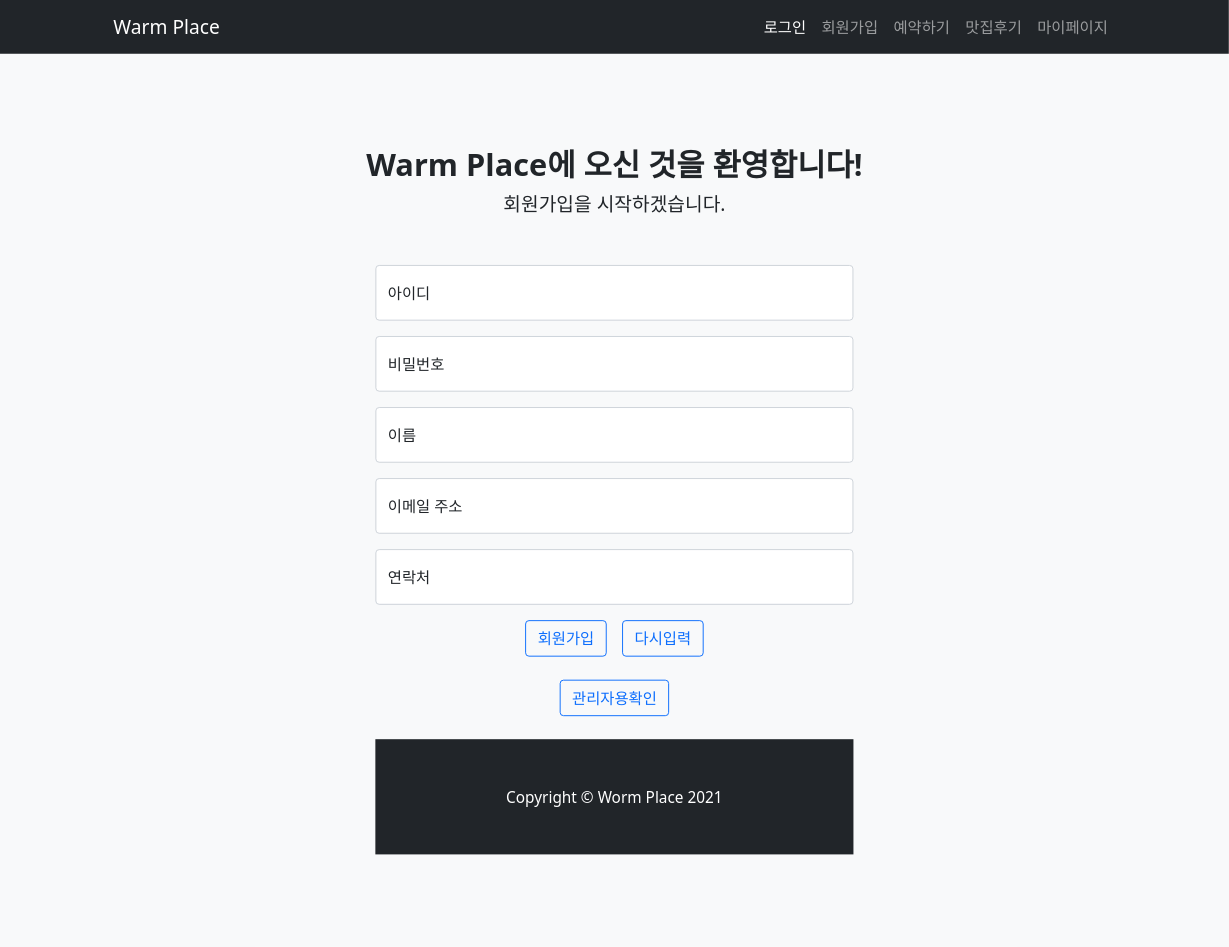
Repository: jaunnnngs/HackaTone
Page: http://localhost/StunProjects/St_Join/st_userJoin.jsp
These files come from the project's save history. The page is drawn as it stood at one moment and after a run of saves; the edit follows.
The browser window is 1280 px wide. The pictures show the whole page, at 96% of full size.
Some web libraries are served in a nearby version. The page is served by Tomcat 9.

Above is the page before, as saved 2021-08-12 01:55:42.

After the next 2 saves:
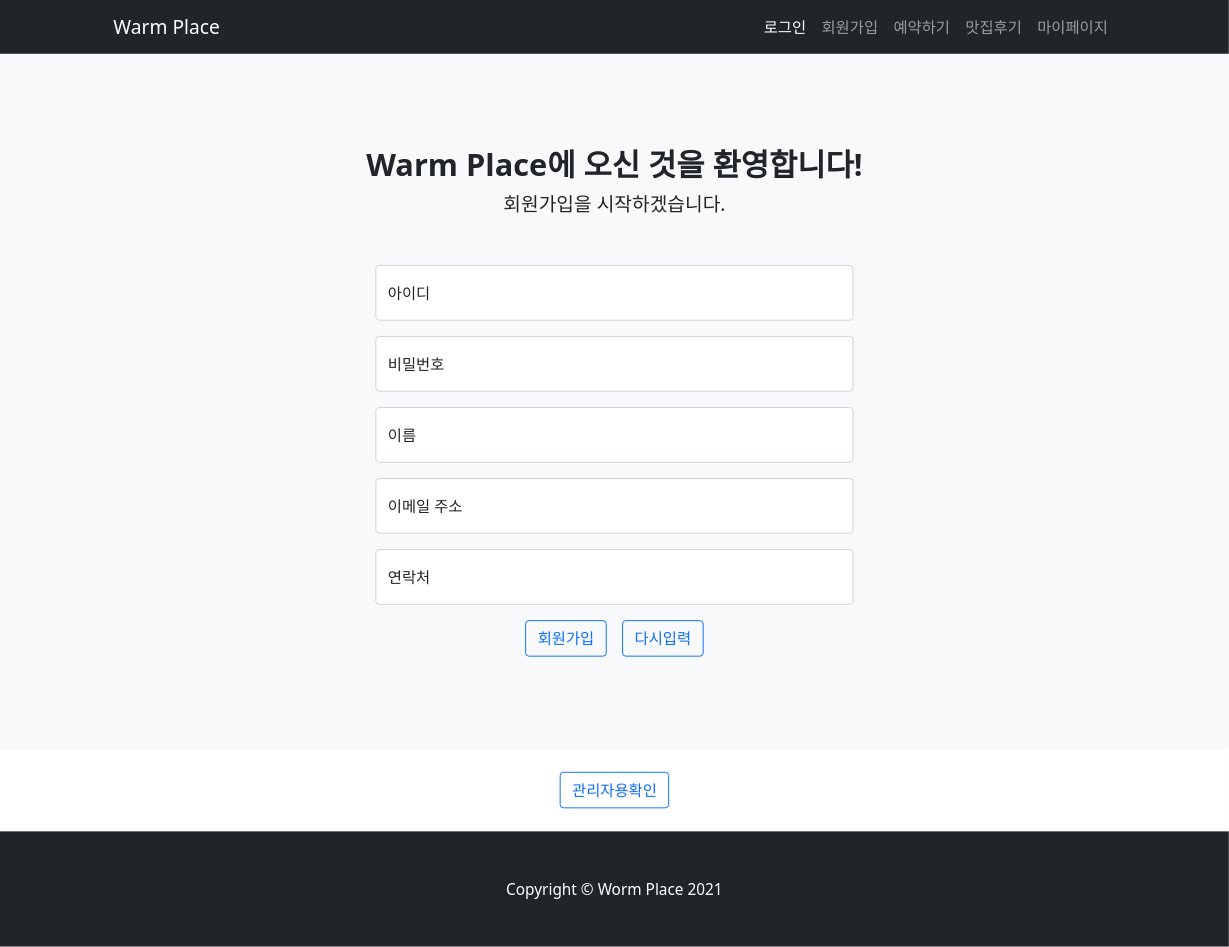
The 2 saves are shown as one change because they came seconds apart.
The last was saved 45 s later.
--- a/STUN_TEAM/StunProjects/src/main/webapp/St_Join/st_userJoin.jsp
+++ b/STUN_TEAM/StunProjects/src/main/webapp/St_Join/st_userJoin.jsp
@@ -135,7 +135,7 @@
 
 		</form>
 
-
+          </div></div></div></section></form>
 
                        <div><br></div>
 
